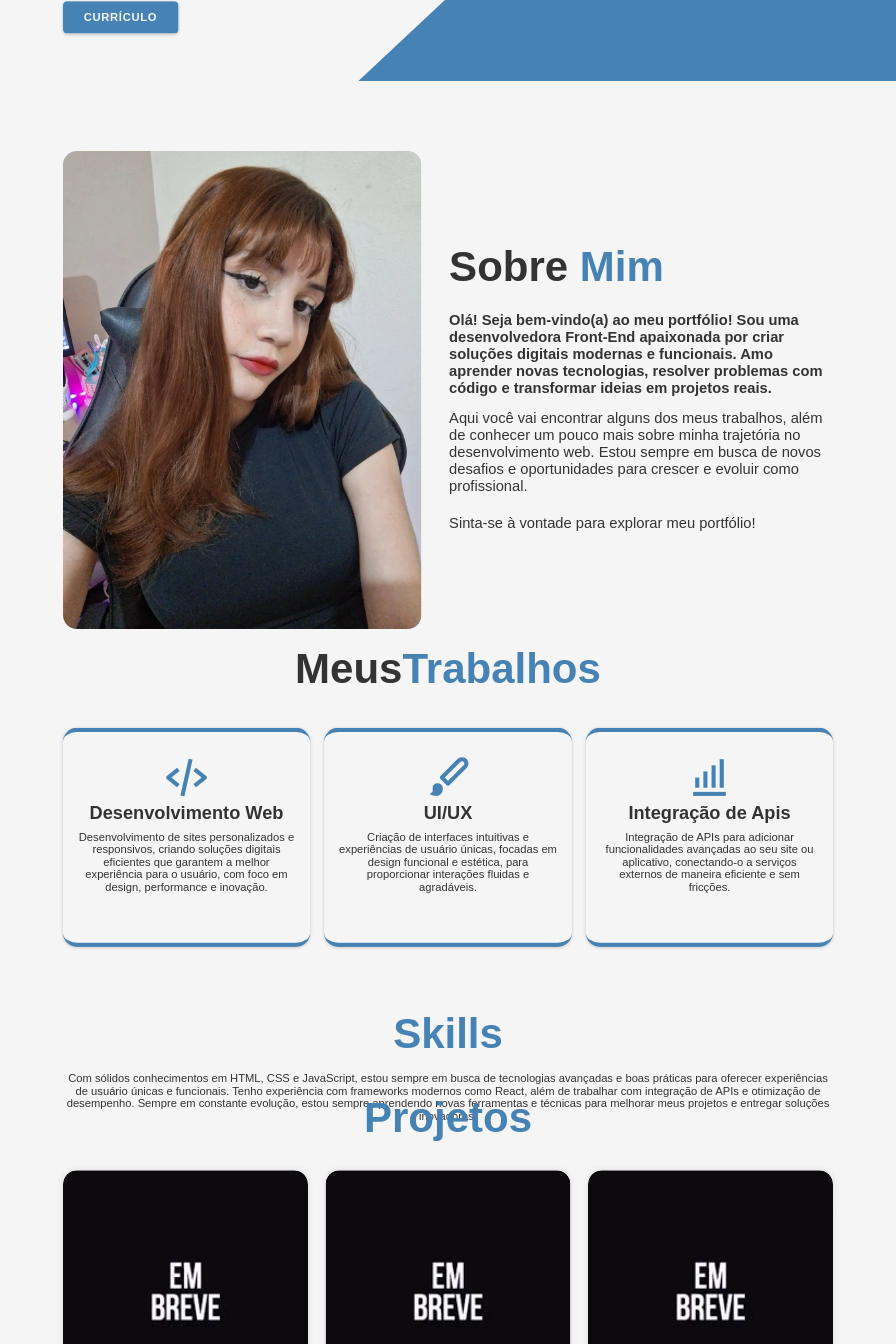
Repository: AliciaKathleen/portfolio-2025
Page: index.html
The author's editor kept a copy of each file at every save. The page is drawn from the files as they stood at one save, then again after the next save.
The browser window is 1280 px wide. The pictures show the part of the page from y = 604 to 2524 px (the page is 3900 px tall), at 70% of full size.

Above is the page before, as saved 2025-01-27 17:08:47.
Console error: TypeError: Cannot read properties of null (reading 'classList')

### index.html
<!DOCTYPE html>
<html lang="en">
<head>
    <meta charset="UTF-8">
    <meta http-equiv="X-UA-Compatible" content="IE=edge">
    <meta name="viewport" content="width=device-width, initial-scale=1.0">
    <link rel="stylesheet" href="https://cdn.jsdelivr.net/npm/swiper@9/swiper-bundle.min.css" />
    <link href='https://unpkg.com/boxicons@2.1.4/css/boxicons.min.css' rel='stylesheet'>
    <link rel="stylesheet" href="style.css">
    <title>Alícia Kathleen</title>
</head>
<body>
    <header class="header">
        <a href="#" class="logo">Alícia Kathleen</a>

        <nav class="navbar">
            <a href="#home" class="active">Home</a>
            <a href="#about">Sobre</a>
            <a href="#services">Serviços</a>
            <a href="#portfolio">Projetos</a>
            <a href="#contact">Contato</a>
        </nav>

        <div class="bx bx-moon" id="darkMode-icon"></div>
        <div class="bx bx-menu" id="menu-icon"></div>
    </header>

    <section class="home" id="home">
        <div class="home-content">
            <h3>Olá, eu sou</h3>
            <h1>Alícia Kathleen</h1>
            <p>
                Sou uma desenvolvedora Front-End apaixonada por criar interfaces modernas e funcionais, unindo criatividade e tecnologia para proporcionar experiências digitais únicas. Com uma trajetória inicial no design gráfico, utilizo meu olhar apurado para detalhes e usabilidade para transformar ideias em projetos visuais impactantes. Estou sempre buscando aprender e crescer com novos desafios.
            </p>
            <div class="social-media">
                <a href="#"><i class='bx bxl-linkedin'></i></a>
                <a href="#"><i class='bx bxl-github'></i></a>
            </div>

            <a href="#" class="btn">CURRÍCULO</a>
        </div>

        <div class="profession-container">
            <div class="profession-box">
            </div>
            <div class="overlay"></div>
        </div>

        <div class="home-img">
            <img src="" alt="">
        </div>
    </section>

    <section class="about" id="about">
        <div class="about-img">
            <img src="images/icon.jpeg" alt="">
        </div>

        <div class="about-content">
            <h2 class="heading">Sobre <span>Mim</span></h2>
            <h3>
                Olá! Seja bem-vindo(a) ao meu portfólio! Sou uma desenvolvedora Front-End apaixonada por criar soluções digitais modernas e funcionais. Amo aprender novas tecnologias, resolver problemas com código e transformar ideias em projetos reais.
            </h3>
            <p>
                Aqui você vai encontrar alguns dos meus trabalhos, além de conhecer um pouco mais sobre minha trajetória no desenvolvimento web. Estou sempre em busca de novos desafios e oportunidades para crescer e evoluir como profissional.
            </p>
            <p>
                Sinta-se à vontade para explorar meu portfólio!
            </p>
        </div>
    </section>

    <section class="services" id="services">
        <h2 class="heading">Meus<span>Trabalhos</span></h2>

        <div class="services-container">
            <div class="services-box">
                <i class='bx bx-code-alt'></i>
                <h3>Desenvolvimento Web</h3>
                <p>Desenvolvimento de sites personalizados e responsivos, criando soluções digitais eficientes que garantem a melhor experiência para o usuário, com foco em design, performance e inovação.</p>
            </div>
            <div class="services-box">
                <i class='bx bxs-paint'></i>
                <h3>UI/UX</h3>
                <p>Criação de interfaces intuitivas e experiências de usuário únicas, focadas em design funcional e estética, para proporcionar interações fluidas e agradáveis.</p>
            </div>
            <div class="services-box">
                <i class='bx bx-bar-chart-alt'></i>
                <h3>Integração de Apis</h3>
                <p>Integração de APIs para adicionar funcionalidades avançadas ao seu site ou aplicativo, conectando-o a serviços externos de maneira eficiente e sem fricções.</p>
            </div>
        </div>
    </section>

    <section class="resume-detail skills" id="skills">
        <h2 class="heading"><span>Skills</span></h2>
        <div class="resume-list">
            <div class="skills-container">
                <p>
                    Com sólidos conhecimentos em HTML, CSS e JavaScript, estou sempre em busca de tecnologias avançadas e boas práticas para oferecer experiências de usuário únicas e funcionais. Tenho experiência com frameworks modernos como React, além de trabalhar com integração de APIs e otimização de desempenho. Sempre em constante evolução, estou sempre aprendendo novas ferramentas e técnicas para melhorar meus projetos e entregar soluções inovadoras.
                </p>
                <div class="resume-items">
                    <div class="resume-item">
                        <i class='bx bxl-html5'></i>
                        <span>HTML</span>
                    </div>
                    <div class="resume-item">
                        <i class='bx bxl-css3'></i>
                        <span>CSS3</span>
                    </div>
                    <div class="resume-item">
                        <i class='bx bxl-javascript'></i>
                        <span>JavaScript</span>
                    </div>
                    <div class="resume-item">
                        <i class='bx bxl-python'></i>
                        <span>Python</span>
                    </div>
                    <div class="resume-item">
                        <i class='bx bxl-react'></i>
                        <span>ReactJS</span>
                    </div>
                    <div class="resume-item">
                        <i class='bx bxl-figma'></i>
                        <span>Figma</span>
                    </div>
                </div>
            </div>
        </div>
    </section>

    <section class="portfolio" id="portfolio">
        <h2 class="heading"><span>Projetos</span></h2>

        <div class="portfolio-container">
            <div class="portfolio-box">
                <img src="images/portfolio.jpg" alt="">

                <div class="portfolio-layer">
                    <h4>Web Design</h4>
                    <p>Lorem ipsum dolor sit amet consectetur adipisicing elit. Similique, ipsam est.</p>
                    <a href="#"><i class='bx bx-link-external'></i></a>
                </div>
            </div>
            <div class="portfolio-box">
                <img src="images/portfolio.jpg" alt="">

                <div class="portfolio-layer">
                    <h4>Projeto em construção</h4>
                    <p>Em breve...</p>
                    <a href="#"><i class='bx bx-link-external'></i></a>
                </div>
            </div>
            <div class="portfolio-box">
                <img src="images/portfolio.jpg" alt="">

                <div class="portfolio-layer">
                    <h4>Projeto em construção</h4>
                    <p>Em breve...</p>
                    <a href="#"><i class='bx bx-link-external'></i></a>
                </div>
            </div>
            <div class="portfolio-box">
                <img src="images/portfolio.jpg" alt="">

                <div class="portfolio-layer">
                    <h4>Projeto em construção</h4>
                    <p>Em breve...</p>
                    <a href="#"><i class='bx bx-link-external'></i></a>
                </div>
            </div>
            <div class="portfolio-box">
                <img src="images/portfolio.jpg" alt="">

                <div class="portfolio-layer">
                    <h4>Projeto em construção</h4>
                    <p>Em breve...</p>
                    <a href="#"><i class='bx bx-link-external'></i></a>
                </div>
            </div>
            <div class="portfolio-box">
                <img src="images/portfolio.jpg" alt="">

                <div class="portfolio-layer">
                    <h4>Projeto em construção</h4>
                    <p>Em breve...</p>
                    <a href="#"><i class='bx bx-link-external'></i></a>
                </div>
            </div>
        </div>
    </section>

    <section class="contact" id="contact">
        <h2 class="heading">Entre em<span>Contato</span></h2>

        <form action="#">
            <div class="input-box">
                <input type="text" placeholder="Full Name">
                <input type="email" placeholder="Email Address">
            </div>
            <div class="input-box">
                <input type="number" placeholder="Mobile Number">
                <input type="text" placeholder="Email Subject">
            </div>
            <textarea name="" id="" cols="30" rows="10" placeholder="Your Message"></textarea>
            <input type="submit" value="Send Message" class="btn">
        </form>
    </section>

    <footer class="footer">
        <div class="footer-text">
            <p>Copyright &copy; 2025 | Todos os direitos reservados.</p>
        </div>

        <div class="footer-iconTop">
            <a href="#home"><i class='bx bx-up-arrow-alt'></i></a>
        </div>
    </footer>

    <script src="https://unpkg.com/scrollreveal"></script>
    <script src="https://cdn.jsdelivr.net/npm/swiper@9/swiper-bundle.min.js"></script>
    <script src="script.js"></script>
</body>
</html>

Loaded but not shown: script.js (67 lines, source omitted); style.css (893 lines, source omitted)

After the next save:
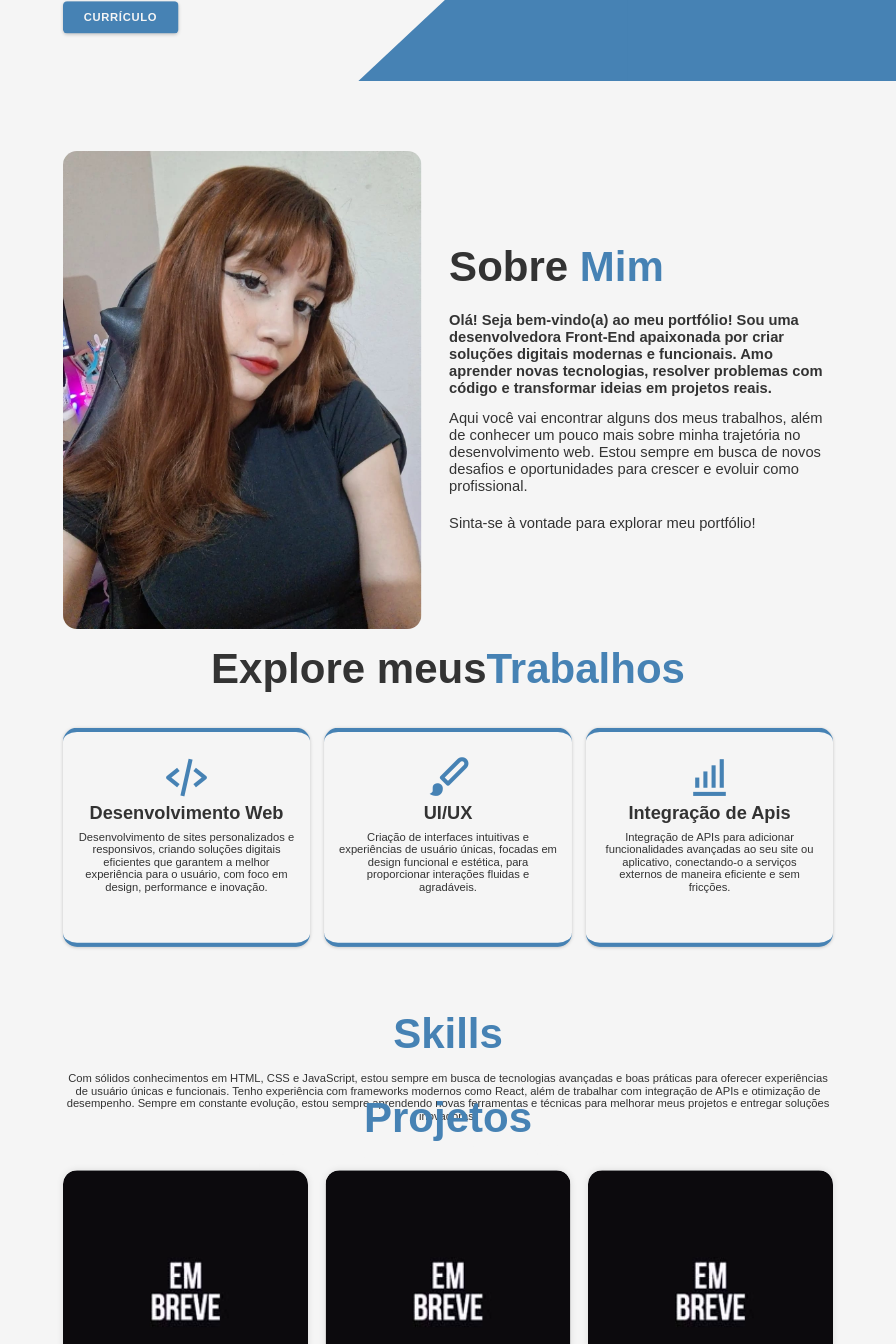
Saved 2 min 13 s later.
--- a/index.html
+++ b/index.html
@@ -71,7 +71,7 @@
     </section>
 
     <section class="services" id="services">
-        <h2 class="heading">Meus<span>Trabalhos</span></h2>
+        <h2 class="heading">Explore meus<span>Trabalhos</span></h2>
 
         <div class="services-container">
             <div class="services-box">
